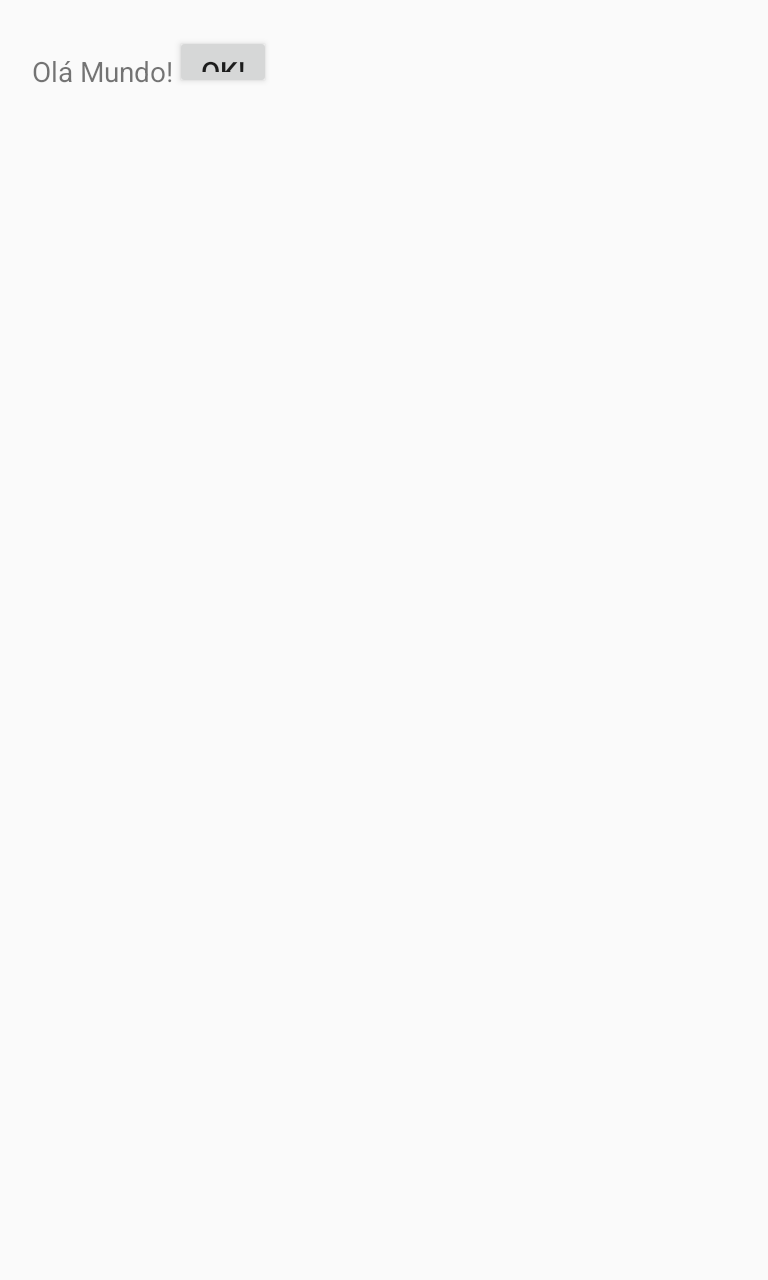
Repository: KaioWeb1/app-minhaCidade
Layout: OlaMundo/res/layout/principal.xml
These files come from the project's save history. The layout is drawn as it stood at one moment and after the next save; the edit follows.
It is drawn on a 768 x 1280 px phone screen (xhdpi) without system bars, with theme AppTheme; the app's code is not run.

Above is the layout before, as saved 2014-09-05 14:59:10.

After the next save:
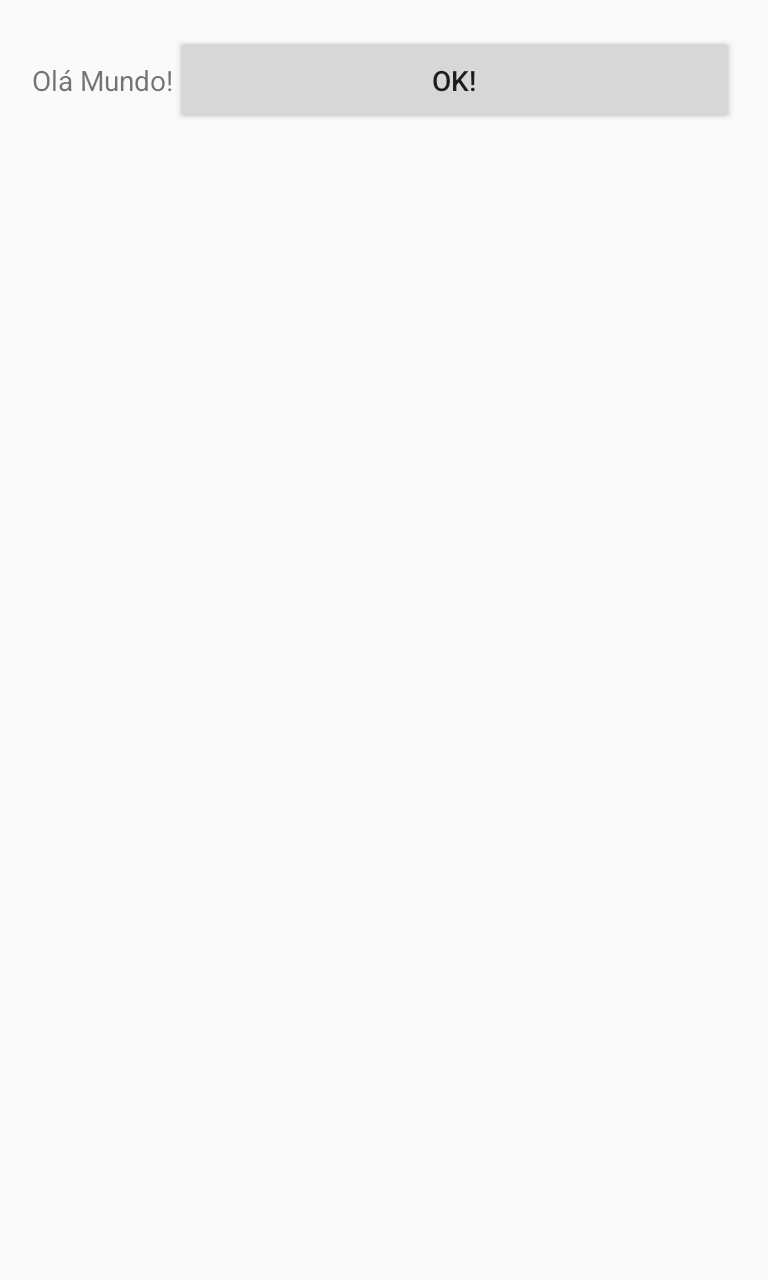
Saved 12 s later.
--- a/OlaMundo/res/layout/principal.xml
+++ b/OlaMundo/res/layout/principal.xml
@@ -14,8 +14,8 @@
         android:text="@string/hello_world" />
 
     <Button
-        android:layout_width="50dp"
-        android:layout_height="30dp"
+        android:layout_width="match_parent"
+        android:layout_height="wrap_content"
         android:text="@string/ok"
         />
 
